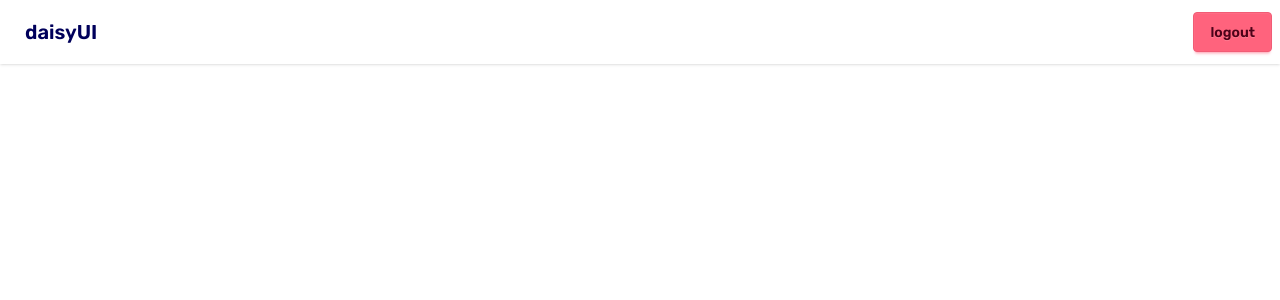
Repository: mariamnabil23/ToDo_App
Page: /
These files come from the project's save history. The page is drawn as it stood at one moment and after a run of saves; the edit follows.
The browser window is 1280 px wide. The pictures show the whole page.
Some web fonts or font styles are not loaded; a fallback is used. The project was rebuilt for these pictures with package versions that can differ from the ones it lists, and the page was loaded fresh each time. Requests to the local data server were answered from the project's data file. Also part of the build but not shown: vite.config.js.

Above is the page before, as saved 2025-05-01 20:51:58.

After the next 5 saves:
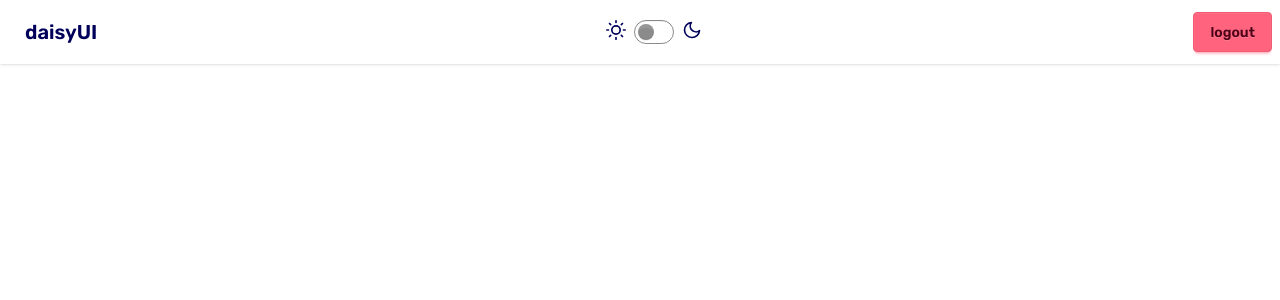
The 5 saves are shown as one change because they came seconds apart.
The last was saved 50 s later.
--- a/src/components/Navbar.jsx
+++ b/src/components/Navbar.jsx
@@ -1,10 +1,14 @@
 import React from 'react'
+import Theme from './Theme'
 
 const Navbar = () => {
   return (
     <>
       <div className="navbar bg-base-100 shadow-sm flex justify-between items-center">
         <a className="btn btn-ghost text-xl">daisyUI</a>
+
+<Theme/>
+
         <button className='btn btn-error'>logout</button>
       </div>
     </>
